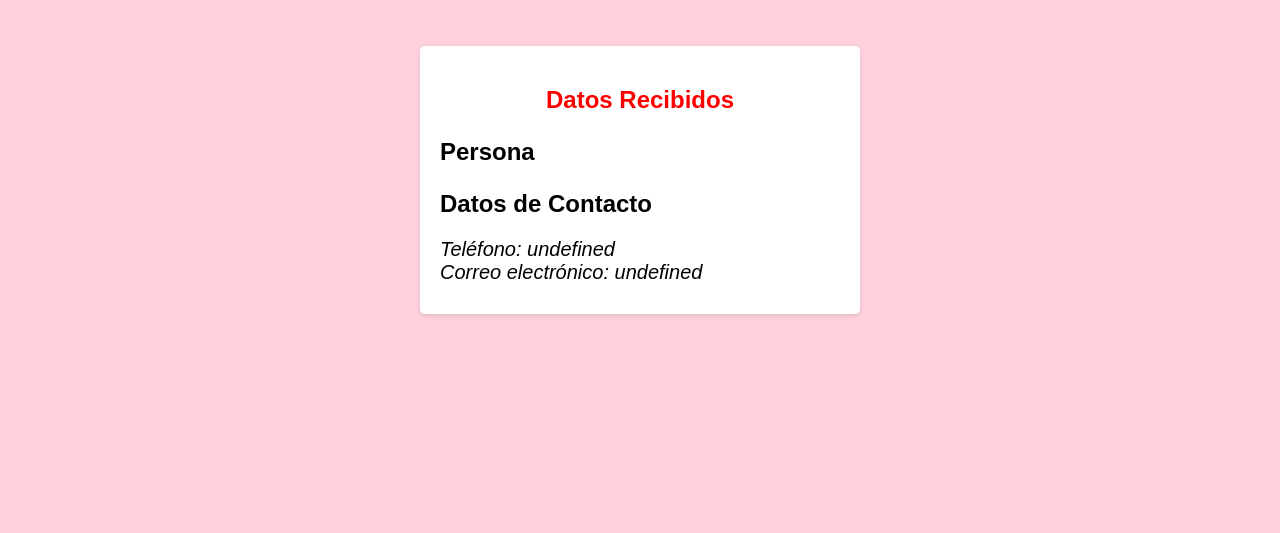
Repository: UVMCoyoacan/InnovaWeb
Page: recibedatosCV.html
The author's editor kept a copy of each file at every save. The page is drawn from the files as they stood at one save, then again after the next save.
The browser window is 1280 px wide. The pictures show the whole page.

Above is the page before, as saved 2024-03-01 12:00:35.

After the next save:
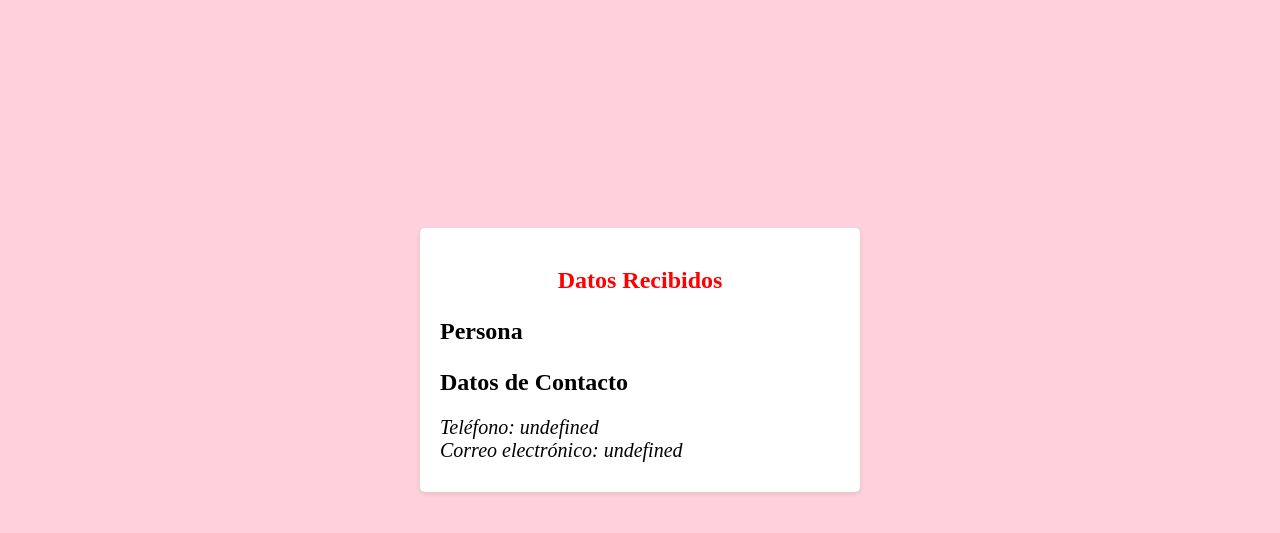
Saved 20 s later.
--- a/recibedatosCV.html
+++ b/recibedatosCV.html
@@ -4,14 +4,14 @@
     <title>Recibe Datos</title>
     <style>
         body {
-            font-family: Arial, Helvetica, sans-serif;
+            font-family: Arial, Helvetica, ;
             background-color: #ffd1dc;
             margin: 0;
             padding: 0;
             display: flex;
             justify-content: center;
             align-items: center;
-            height: 50vh;
+            height: 100vh;
         }
         .container {
             width: 400px;
